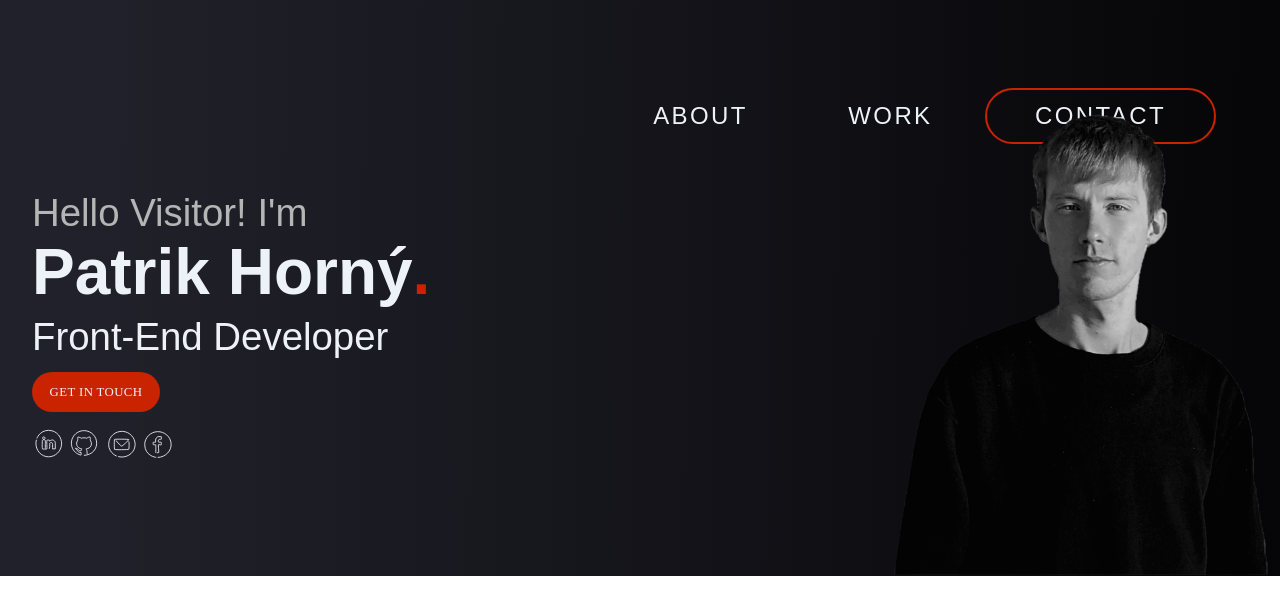
Repository: Spreceriany/portfolio
Page: index.html
These files come from the project's save history. The page is drawn as it stood at one moment and after the next save; the edit follows.
The browser window is 1280 px wide. The pictures show the whole page.
Some web fonts or font styles are not loaded; a fallback is used. The style sheet was rebuilt from its Sass, Less or Tailwind sources for each picture, by a compiler version that may differ from the author's.

Above is the page before, as saved 2021-03-07 17:15:10.

### index.html
<!DOCTYPE html>
<html lang="en">

<head>
    <meta charset="UTF-8">
    <meta http-equiv="X-UA-Compatible" content="IE=edge">
    <meta name="viewport" content="width=device-width, initial-scale=1.0">
    <title>Patrik Horny | Portfolio</title>
    <link rel="stylesheet" href="css/style.css">
    <link rel="preconnect" href="https://fonts.gstatic.com">
    <link href="https://fonts.googleapis.com/css2?family=Asul&family=Chivo:wght@900&display=swap" rel="stylesheet">
</head>

<body>
    <header>
        <nav>
            <ul>
                <li><a href="#">About</a></li>
                <li><a href="#">Work</a></li>
                <li><a href="#">Contact</a></li>
            </ul>
        </nav>
    </header>

    <main>
        <section class="hero">
            <div class="hero__left-col">
                <p class="gray">Hello Visitor! I'm</p>
                <h1>Patrik Horný<span class="orange">.</span></h1>
                <p>Front-End Developer</p>
                <a href="#" class="btn">Get in touch</a>
                <ul>
                    <li><a href="#">
                        <?xml version="1.0" ?><svg height="256px" id="Layer_1" version="1.1" viewBox="0 0 256 256" width="256px" xml:space="preserve" xmlns="http://www.w3.org/2000/svg" xmlns:xlink="http://www.w3.org/1999/xlink"><path class="st0" d="M34.367,105.308c-15.255,58.994,21.499,118.714,77.309,130.865c54.491,11.864,108.741-24.931,122.132-78.209  c13.576-54.011-18.103-112.414-72.055-127.246C77.289,8.035,39.505,84.527,39.501,88.37"/><path class="st0" d="M106.662,168.972c-0.36-21.051,0.978-61.432-0.945-63.422  c-1.923-1.99-17.046-7.923-19.883-12.471c-2.838-4.548-2.011-13.662,8.126-13.674s11.419,8.666,8.78,14.31  c-2.64,5.644-17.584,9.811-19.288,12.105c-1.704,2.294-2.429,68.28,0,69.899c2.429,1.619,32.926,1.484,35.624-0.54  c2.699-2.024-3.374-67.47,0-69.09s17.407-1.889,19.162-1.079c1.754,0.81,0.675,7.692,1.889,8.366  c1.214,0.675,10.171-11.177,24.289-9.446c10.46,1.282,19.837,10.121,21.321,18.892s0.899,34.545,0.54,51.817  c-7.197,0.27-14.394,0.675-21.59,0.945c-0.27-14.574,1.08-33.6-0.81-43.586c-1.889-9.986-22.328-9.849-22.13,0  s1.619,43.586-2.699,43.451" id="linkedin"/></svg>
                    </a></li>
                    <li><a href="#">
                        <?xml version="1.0" ?><svg height="256px" id="Layer_2" version="1.1" viewBox="0 0 256 256" width="256px" xml:space="preserve" xmlns="http://www.w3.org/2000/svg" xmlns:xlink="http://www.w3.org/1999/xlink"><path class="st0" d="M128.1,222.073"/><path class="st0" d="M130.164,226.986c63.917-3.557,108.667-52.057,97.259-116.5c-9.288-52.47-60.722-87.613-112.739-80.577  C61.952,37.041,21.39,85.877,27.386,139.004c5.689,47.857,35.128,70.23,59.685,80.335c5.717,2.353,13.401,5.785,15.997,5.229  c2.596-0.556,1.763-14.95,1.763-21.889c-16,2.459-21.475-3.841-24.875-7.563c-3.857-4.222-6.125-8.563-10.063-14.938  s-11.063-4.875-11.813-8.563s15-2.688,26.313,11.25c8.188,10.146,16.928,7.089,21.625,4.188c0.154-1.612,0.526-3.775,1.438-6.188  c0.967-2.557,3.625-4.104,3.208-5.854c-0.417-1.75-21.804-0.577-34-17.667c-8.809-12.344-9.129-26.955-5.667-37.833  c2.322-7.297,6.196-12.443,8.833-15.417c-1.011-2.162-2.513-6.109-2.583-11.25c-0.076-5.549,1.554-9.796,2.583-12  c3.492,0.104,8.54,0.644,14.25,2.667c5.469,1.937,9.593,4.542,12.333,6.583c4.975-1.671,12.218-3.489,21.083-3.667  c10.135-0.203,18.344,1.819,23.667,3.583c2.616-2.336,6.987-5.648,13.167-7.917c4.489-1.648,8.518-2.229,11.5-2.417  c1.143,2.165,3.075,6.519,3.167,12.332c0.085,5.351-1.426,9.47-2.416,11.664c2.867,3.459,7.394,9.875,9.502,18.995  c0.751,3.249,4.857,20.981-6.996,36.24c-12.408,15.974-33.06,13.524-33.992,15.73c-0.932,2.206,3.964,6.297,6.266,14.877  c2.302,8.58,1.327,24.979,1.327,24.979"/></svg>
                    </a></li>
                    <li><a href="#">
                        <?xml version="1.0" ?><svg height="256px" id="Layer_3" version="1.1" viewBox="0 0 256 256" width="256px" xml:space="preserve" xmlns="http://www.w3.org/2000/svg" xmlns:xlink="http://www.w3.org/1999/xlink"><path class="st0" d="M90.122,111.336c4.814,10.698,40.475,41.901,43.863,42.08s58.662-49.39,57.057-52.778  S79.246,96.18,76.214,99.568c-3.031,3.388-1.962,78.097,0.713,80.237s111.083,2.318,113.401-1.426  c2.318-3.744,4.814-57.414,1.783-60.623"/><path class="st0" d="M108.268,237.352c59.036,15.089,118.653-21.832,130.648-77.676c11.711-54.524-25.236-108.671-78.551-121.912  C106.315,24.34,48.002,56.183,33.321,110.176c-22.447,84.527,54.151,122.097,57.994,122.09"/></svg>
                    </a></li>
                    <li><a href="#">
                        <?xml version="1.0" ?><svg height="256px" id="Layer_1" version="1.1" viewBox="0 0 256 256" width="256px" xml:space="preserve" xmlns="http://www.w3.org/2000/svg" xmlns:xlink="http://www.w3.org/1999/xlink"><g><path class="st0" d="M118.489,204.01c0.668-30.724-0.583-59.627-0.514-61.433c0.099-2.572-16.945,1.061-19.046-1.053   c-2.101-2.114-3.309-18.205-0.521-19.591s15.355,1.129,18.007-0.526c2.652-1.655-11.513-55.269,46.601-43.421   c1.589,0.795-0.132,18.732-1.059,20.122c-0.927,1.39-12.708-1.787-19.062,3.177c-6.354,4.964-3.707,18.664-2.383,19.591   c1.324,0.927,20.188,0.198,21.445,1.589s1.456,18.798,0,20.122c-1.456,1.324-20.819-2.41-22.769-1.058   c-1.606,1.113,4.224,60.038,2.558,62.373c-1.666,2.335-7.731,2.133-11.56,2.226"/><path class="st0" d="M136.577,243.358c60.912-1.648,108.145-53.478,104.395-110.472c-3.662-55.647-54.02-97.612-108.923-95.753   C76.39,39.017,29.02,85.605,29.68,141.555c1.549,87.443,85.505,102.61,89.2,101.551"/></g></svg>
                    </a></li>
                </ul>
            </div>
            <div class="hero__right-col">
                <img src="./img/my_photo.png" alt="my-photo">
            </div>
        </section>
    </main>


    <script src="js/script.js"></script>
</body>

</html>

### css/style.scss
body {
  font-family: "Asul", "Chivo", sans-serif;
}

* {
  box-sizing: border-box;
  margin: 0;
  padding: 0;
}

$white-ish: #edf2f8;
$orange: #c92300;
$gray: #b5b5b5;

.orange {
  color: $orange;
}

.gray {
  color: $gray;
}

header {
  width: 100%;
  max-width: 120em;
  margin: 0 auto;
  min-height: 13vh;
  position: absolute;
  top: 0;
  left: 0;
  right: 0;
  display: flex;
  padding-right: 4em;
  padding-top: 5em;
  justify-content: flex-end;
  nav {
    min-height: 10vh;
    display: flex;
    align-items: center;
    top: 0;
    right: 0;
    ul {
      margin-left: auto;
      display: none;
      @media (min-width: 992px) {
        display: block;
      }
      li {
        display: inline-block;
        padding: 0.5em 2em;
        font-size: 1.5rem;
        text-transform: uppercase;
        cursor: pointer;

        &:last-of-type {
          border: 2px solid $orange;
          border-radius: 9999px;
          background-image: linear-gradient($orange, $orange);
          background-position: 50% 50%;
          background-repeat: no-repeat;
          background-size: 0% 100%;
          transition: background-size 0.3s;
          &:hover {
            background-size: 100% 100%;
          }
        }

        &:not(:last-child) a:hover {
          color: $orange;
        }
        a {
          width: 100%;
          text-decoration: none;
          color: $white-ish;
          letter-spacing: 0.1em;
          transition: color 0.3s ease-out;
        }
      }
    }
  }
}

main {
  margin: 0 auto;
  background-color: black;
}

.btn {
  background-color: $orange;
  padding: 1em 0.7em;
  color: $white-ish;
  border-radius: 9999px;
  width: 10em;
  flex-shrink: 0;
  text-align: center;
  text-decoration: none;
  text-transform: uppercase;
  font-family: "Chivo";
  letter-spacing: 0.03em;
  margin: 1em 0;
  font-size: 0.8rem;
}

.hero {
  width: 100%;
  max-width: 120em;
  margin: 0 auto;
  min-height: 80vh;
  background: linear-gradient(
    90.58deg,
    #21212b 7.37%,
    rgba(0, 0, 0, 0.88) 117.59%
  );
  display: grid;
  align-items: center;
  justify-content: center;
  color: $white-ish;
  grid-template-columns: 1fr;
  @media (min-width: 556px) {
    grid-template-columns: 1fr 1fr;
  }

  svg {
    width: 100%;
    height: 100%;
    fill: none;
    stroke: #edf2f8;
    stroke-width: 7;
    stroke-linecap: round;
    stroke-linejoin: round;
    stroke-miterlimit: 10;

    &:hover {
      stroke: $orange !important;
    }
  }

  &__left-col {
    display: flex;
    flex-direction: column;
    padding-left: 2em;
    padding-top: 5em;
    ul {
      list-style-type: none;
      li {
        display: inline-flex;
        width: 2em;
        img {
          width: 100%;
        }
      }
    }

    p {
      font-size: clamp(1rem, 3vw, 2.5rem);
    }

    h1 {
      font-size: clamp(2rem, 5vw, 6rem);
      margin-bottom: 0.1em;
    }
  }

  &__right-col {
    position: relative;
    height: 100%;
    img {
      position: absolute;
      width: 65%;
      right: 0;
      bottom: 0;
    }
  }
}

Loaded but not shown: js/script.js (no copy from this time; the picture is the same without it)

After the next save:
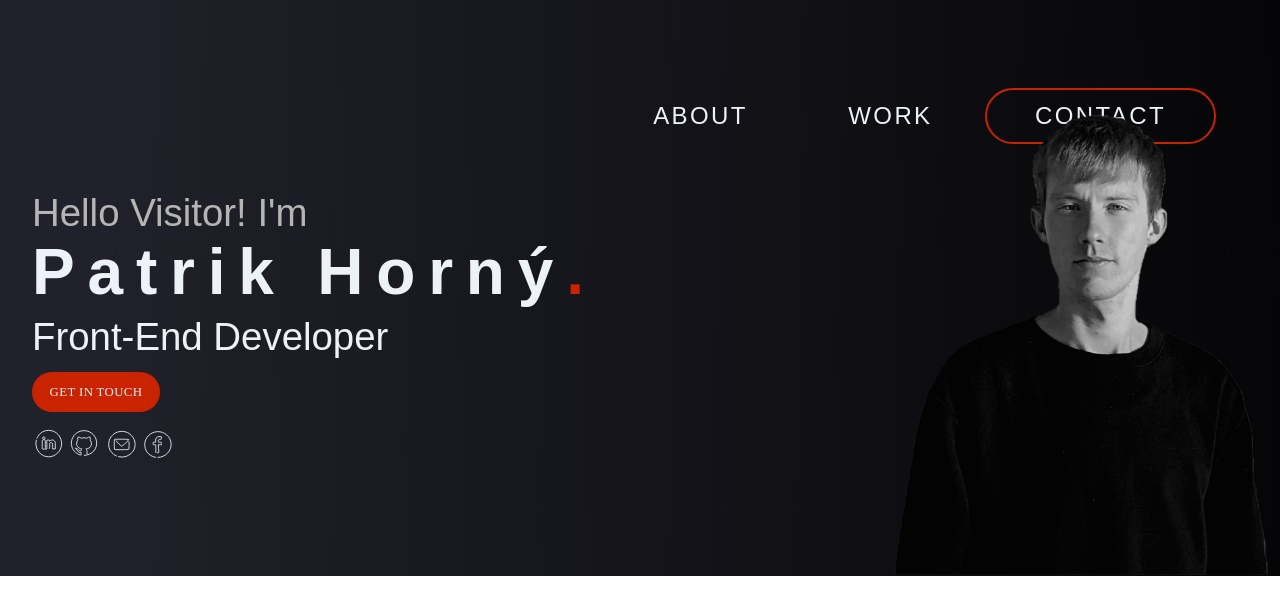
Saved 35 s later.
--- a/css/style.scss
+++ b/css/style.scss
@@ -158,6 +158,7 @@ main {
     h1 {
       font-size: clamp(2rem, 5vw, 6rem);
       margin-bottom: 0.1em;
+      letter-spacing: .2em;
     }
   }
 
